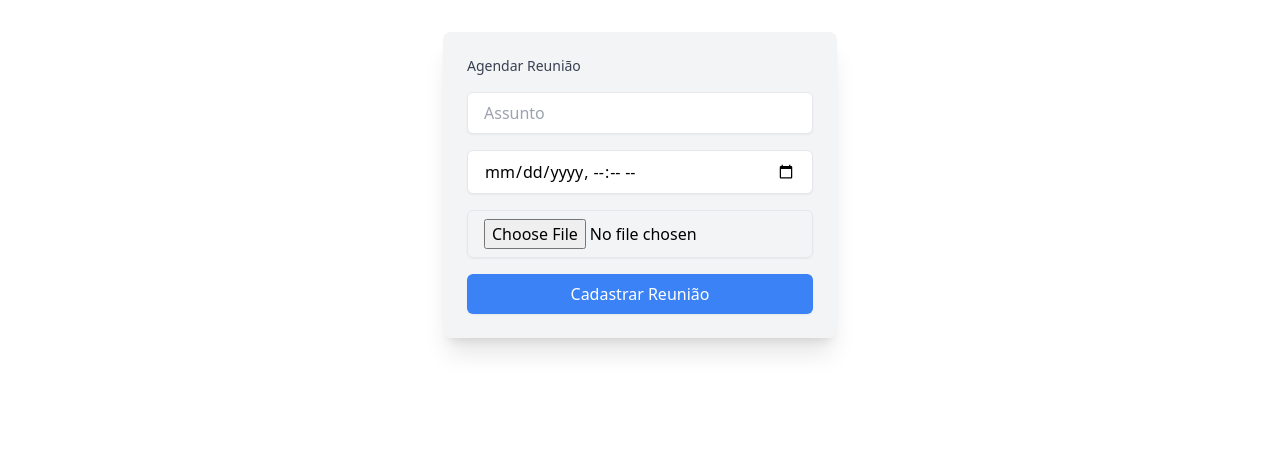
Repository: TamiBeira/meeting
Page: /
These files come from the project's save history. The page is drawn as it stood at one moment and after the next save; the edit follows.
The browser window is 1280 px wide. The pictures show the whole page.
The project was rebuilt for these pictures with package versions that can differ from the ones it lists, and the page was loaded fresh each time. Also part of the build but not shown: vite.config.ts.

Above is the page before, as saved 2024-02-26 12:40:52.

### index.html
<!doctype html>
<html lang="pt">
  <head>
    <meta charset="UTF-8" />
    <meta name="viewport" content="width=device-width, initial-scale=1.0" />
    <title>Meeting</title>
  </head>
  <body>
    <div id="root"></div>
    <script type="module" src="/src/main.tsx"></script>
  </body>
</html>

### src/app.tsx
import { Form } from "./components/Form"
import { Calendar } from "./components/Calendar"

export function App() {
  return(
    <main>
      <Form />
      {/* <Calendar /> */}
    </main>
  )
}

### src/components/Form.tsx
import { useState } from "react";

export const Form = () => {
    const [data, setData] = useState('');
    const [hora, setHora] = useState('');
    const [imagem, setImagem] = useState('');
    const [title, setTitle] = useState('');

    const handleDataChange = (event) => {
        setData(event.target.value);
    };

    const handleImagemChange = (event) => {
        setImagem(event.target.value);
    };

    const handleTitleChange = (event) => {
        setTitle(event.target.value);
    };

    const handleHoraChange = (event) => {
        setHora(event.target.value);
    };

    const handleSubmit = (event) => {
        event.preventDefault();
        const formattedDate = new Date(data).toLocaleDateString('pt-BR');
        const formattedTime = hora.split(':').map((val, index) => index === 0 ? val.padStart(2, '0') : val.padEnd(2, '0')).join(':');
        const formattedDateTime = `${formattedDate} ${formattedTime}`;
        const meetingData = {
            title,
            data: formattedDate,
            hora: formattedTime,
            imagem
        };
        localStorage.setItem('meetingData', JSON.stringify(meetingData));
        console.log(`Dados da reunião: ${JSON.stringify(meetingData)}`);
    };

    return (
        <main className="flex justify-center mt-8">
            <div className="mx-auto max-w-md p-6 bg-gray-100 rounded-lg shadow-xl">
                <form onSubmit={handleSubmit} className="space-y-4">
                    <label htmlFor="reuniao" className="block text-sm font-medium text-gray-700">Agendar Reunião</label>
                    <input
                        type="text"
                        placeholder="Assunto"
                        id="reuniao"
                        value={title}
                        onChange={handleTitleChange}
                        className="block w-full px-4 py-2 border rounded-md shadow-sm focus:outline-none focus:ring-blue-500 focus:border-blue-500"
                    />
                    <input
                        type="datetime-local"
                        name="data"
                        id="data"
                        value={data}
                        onChange={handleDataChange}
                        className="block w-full px-4 py-2 border rounded-md shadow-sm focus:outline-none focus:ring-blue-500 focus:border-blue-500"
                    />
                    <input
                        type="file"
                        name="imagem"
                        id="imagem"
                        value={imagem}
                        onChange={handleImagemChange}
                        className="block w-full px-4 py-2 border rounded-md shadow-sm focus:outline-none focus:ring-blue-500 focus:border-blue-500"
                    />
                    <button
                        type="submit"
                        className="block w-full px-4 py-2 bg-blue-500 text-white rounded-md shadow-sm hover:bg-blue-600 focus:outline-none focus:ring-blue-500 focus:border-blue-500"
                    >
                        Cadastrar Reunião
                    </button>
                </form>
            </div>
        </main>
    )
}

### tailwind.config.js
/** @type {import('tailwindcss').Config} */
export default {
  content: [
    "./index.html",
    "./src/**/*.tsx",
  ],
  theme: {
    extend: {},
  },
  plugins: [],
}

Loaded but not shown: src/main.tsx (common file); src/index.css (common file)

After the next save:
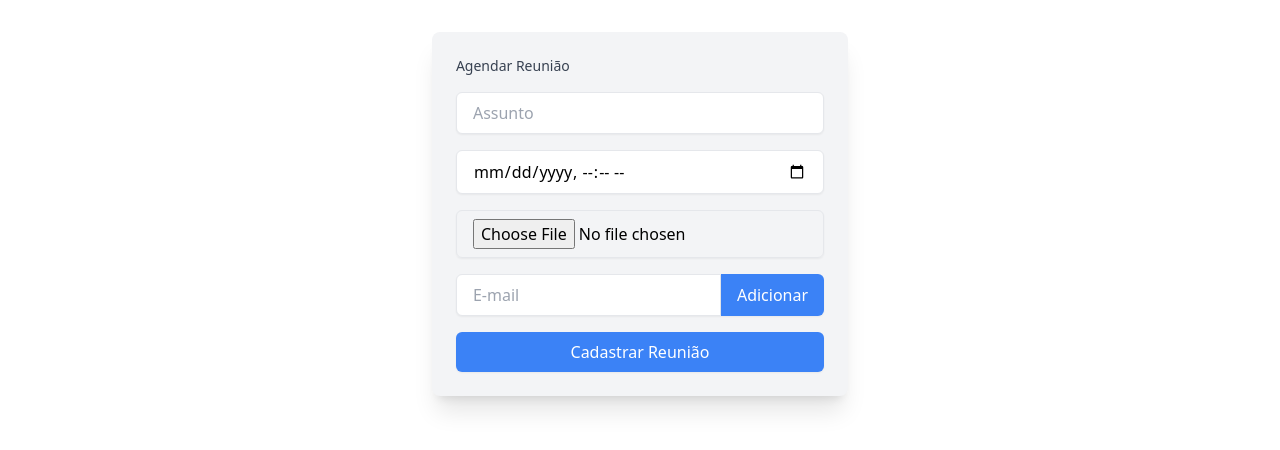
Saved 3 min 0 s later.
--- a/src/components/Form.tsx
+++ b/src/components/Form.tsx
@@ -5,6 +5,8 @@ export const Form = () => {
     const [hora, setHora] = useState('');
     const [imagem, setImagem] = useState('');
     const [title, setTitle] = useState('');
+    const [emails, setEmails] = useState([]);
+    const [emailInput, setEmailInput] = useState('');
 
     const handleDataChange = (event) => {
         setData(event.target.value);
@@ -22,6 +24,15 @@ export const Form = () => {
         setHora(event.target.value);
     };
 
+    const handleEmailInputChange = (event) => {
+        setEmailInput(event.target.value);
+    };
+
+    const handleAddEmail = () => {
+        setEmails([...emails, emailInput]);
+        setEmailInput('');
+    };
+
     const handleSubmit = (event) => {
         event.preventDefault();
         const formattedDate = new Date(data).toLocaleDateString('pt-BR');
@@ -31,7 +42,8 @@ export const Form = () => {
             title,
             data: formattedDate,
             hora: formattedTime,
-            imagem
+            imagem,
+            emails
         };
         localStorage.setItem('meetingData', JSON.stringify(meetingData));
         console.log(`Dados da reunião: ${JSON.stringify(meetingData)}`);
@@ -66,6 +78,27 @@ export const Form = () => {
                         onChange={handleImagemChange}
                         className="block w-full px-4 py-2 border rounded-md shadow-sm focus:outline-none focus:ring-blue-500 focus:border-blue-500"
                     />
+                    <div className="flex">
+                        <input
+                            type="text"
+                            placeholder="E-mail"
+                            value={emailInput}
+                            onChange={handleEmailInputChange}
+                            className="block flex-1 w-full px-4 py-2 border rounded-l-md shadow-sm focus:outline-none focus:ring-blue-500 focus:border-blue-500"
+                        />
+                        <button
+                            type="button"
+                            onClick={handleAddEmail}
+                            className="px-4 py-2 bg-blue-500 text-white rounded-r-md shadow-sm hover:bg-blue-600 focus:outline-none focus:ring-blue-500 focus:border-blue-500"
+                        >
+                            Adicionar
+                        </button>
+                    </div>
+                    <div>
+                        {emails.map((email, index) => (
+                            <div key={index}>{email}</div>
+                        ))}
+                    </div>
                     <button
                         type="submit"
                         className="block w-full px-4 py-2 bg-blue-500 text-white rounded-md shadow-sm hover:bg-blue-600 focus:outline-none focus:ring-blue-500 focus:border-blue-500"
